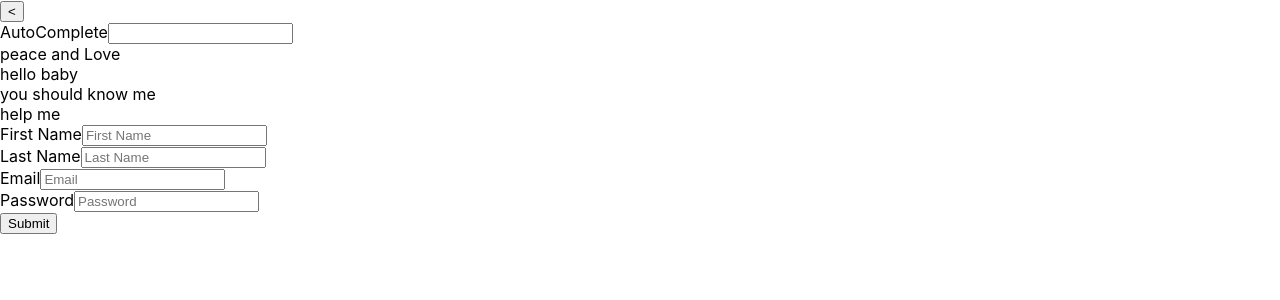
Repository: Jimmy-Lu-iK/Demo-UI
Page: /
The author's editor kept a copy of each file at every save. The page is drawn from the files as they stood at one save, then again after the next save.
The browser window is 1280 px wide. The pictures show the whole page.
The project was rebuilt for these pictures with package versions that can differ from the ones it lists, and the page was loaded fresh each time. Also part of the build but not shown: src/App.css, src/components/Option.js, src/Js/ArrayBuiltIn.js, src/Js/Word.js, src/components/FormInput.css.

Above is the page before, as saved 2023-02-12 19:33:28.

### src/App.js
import './App.css';
import AutoComplete from './components/AutoComplete';
import Dropdown from './components/Dorpdown';
import FormValidate from './components/FormValidate';
import ArrayBuiltIn from './Js/ArrayBuiltIn';
import Word from './Js/Word';

const App = () => {
  return <div>
    <Dropdown />
    <AutoComplete />
    <FormValidate />
    <form>

    </form>
    {/* <ArrayBuiltIn /> */}
    {/* <Word sentence="hello my name hello is Jinming I want to make friend with you let us to be good friends forever"/> */}
  </div>
};


export default App;

### src/components/AutoComplete.js
import { useState } from "react"

function AutoComplete() {
  const [value, setValue] = useState('')

  const filmList = ['peace and Love',' hello baby', 'you should know me', 'help me']

  const handleChange = (e) => {
    setValue(e.target.value)
  }

  const handleClick = (film) => {
    setValue(film)
  }

  const filteredFilms = filmList.filter((film) => {
    return film.toLowerCase().includes(value.toLowerCase())
  })

  const content= filteredFilms.map((film,index) => {
    return <div key={index} onClick={()=>handleClick(film)}>{film}</div>
  })


  return <div>
    AutoComplete
    <input value={value} onChange={handleChange} />
    <div>
      {content}
    </div>
  </div>
}

export default AutoComplete

### src/components/Dorpdown.js
import { useState } from "react"
import Option from "./Option"

function Dropdown() {
  const [options, setOptions] = useState(['item1','item2'])
  const [select, setSelect] = useState('')
  const [open, setOpen] = useState(false)
  const [add, setAdd] = useState(false)
  const [value, setValue] = useState('')

  const handleChoose = (option) => {
    setSelect(option)
    setOpen(false)
  }

  const handleAdd = (event) => {
    console.log(event)
    setAdd(true)
  }

  const handleChange = (e) => {
    setValue(e.target.value)
  }

  const hanldeSubmit = (e) => {
    e.preventDefault();
    setOptions([...options, value])
    setAdd(false)
  }

  const hanldeOpen = () => {
    setOpen(!open)
  }

  const hanldeEdit = (option,index,newValue) => {
    let newOptions = [...options]

    if(newValue) {
      newOptions[index] = newValue
      setOptions(newOptions)
    } else {
      let newNewOption = newOptions.slice(0,index).concat(newOptions.slice(index+1,newOptions.length-1))
      setOptions(newNewOption)
    }
  }

  const displayContent = <div>{select} <button onClick={hanldeOpen}>{'<'}</button></div>

  const optionsContent = options.map((option,index) => {
    return <Option
            option={option}
            index={index}
            key={option}
            handleChoose={handleChoose}
            handleEdit={hanldeEdit}
          />
  })

  const addContent = add
    ? <form onSubmit={hanldeSubmit}><label>New</label><input value={value} onChange={handleChange}></input><button>Add</button></form>
    : <li onClick={handleAdd}>Add</li>

  return <div>
    {displayContent}
    {open && optionsContent}
    {open && addContent}
  </div>
}

export default Dropdown

### src/components/FormValidate.js
import { useState } from "react"
import validator from 'validator';

function FormValidate() {
  const [firstName, setFirstName] = useState('')
  const [lastName, setLastNamee] = useState('')
  const [email, setEmail] = useState('')
  const [password, setPassword] = useState('')

  const handleSubmit = (e) => {
    e.preventDefault();

    const validation = validator.isEmail(email)
    if(validation) {
      alert('success!')
    } else {
      alert('fail!')
    }
  }

  const handleFN = (e) => {
    setFirstName(e.target.value)
  }

  const handleLN = (e) => {
    setLastNamee(e.target.value)
  }

  const handleEmail = (e) => {
    setEmail(e.target.value)
  }

  const handlePassword = (e) => {
    setPassword(e.target.value)
  }

  return (
    <div>
      <form style={{display: 'flex-column'}} onSubmit={handleSubmit}>
        <div>
          <label>First Name</label>
          <input placeholder='First Name' type="text" value={firstName} onChange={handleFN} />
        </div>
        <div>
          <label>Last Name</label>
          <input placeholder='Last Name' type="text" value={lastName} onChange={handleLN} />
        </div>
        <div>
          <label>Email</label>
          <input placeholder='Email' type="text" value={email} onChange={handleEmail} />
        </div>
        <div>
          <label>Password</label>
          <input placeholder='Password' type="text" value={password} onChange={handlePassword} />
        </div>
        <button type='submit'>Submit</button>
      </form>
    </div>
  )
}

export default FormValidate

### src/components/FormInput.js
import './FormInput.css'

function FormInput() {
  return <div className="formInput">
    <label>Username</label>
    <input/>
  </div>
}

export default FormInput

Loaded but not shown: public/index.html (common file); src/index.js (common file); src/index.css (common file)

After the next save:
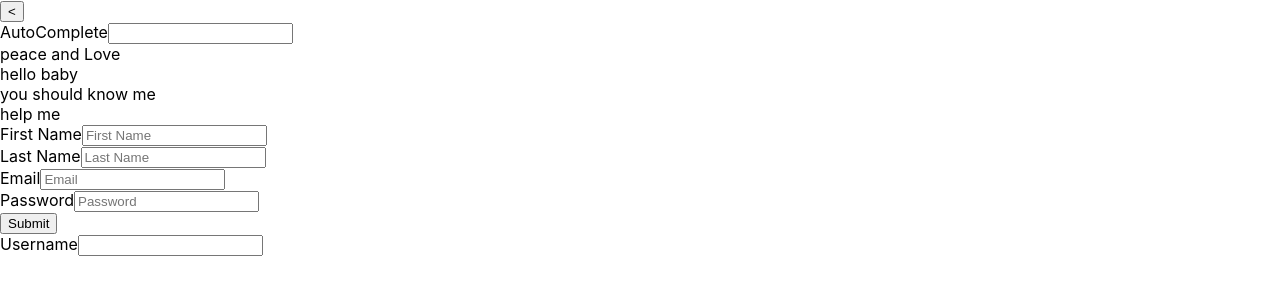
Saved 6 s later.
--- a/src/App.js
+++ b/src/App.js
@@ -1,6 +1,7 @@
 import './App.css';
 import AutoComplete from './components/AutoComplete';
 import Dropdown from './components/Dorpdown';
+import FormInput from './components/FormInput';
 import FormValidate from './components/FormValidate';
 import ArrayBuiltIn from './Js/ArrayBuiltIn';
 import Word from './Js/Word';
@@ -11,7 +12,7 @@ const App = () => {
     <AutoComplete />
     <FormValidate />
     <form>
-
+      <FormInput />
     </form>
     {/* <ArrayBuiltIn /> */}
     {/* <Word sentence="hello my name hello is Jinming I want to make friend with you let us to be good friends forever"/> */}
